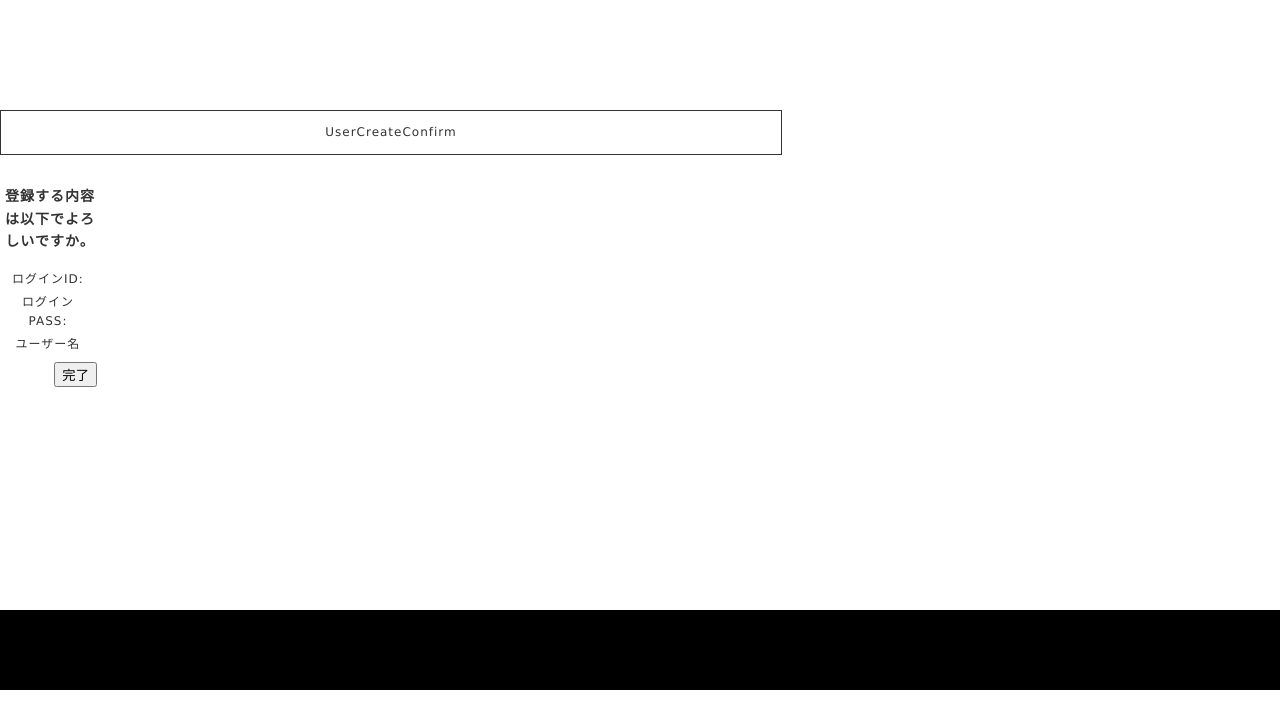
Repository: moe-irizuki/ecsite
Page: http://localhost/template/userCreateConfirm.jsp
An editor plug-in stored every save of this project. The page is shown before and after the next save, followed by the edit.
The browser window is 1280 px wide. The pictures show the whole page.
The page is served by Tomcat 9.

Above is the page before, as saved 2018-05-01 01:25:55.

After the next save:
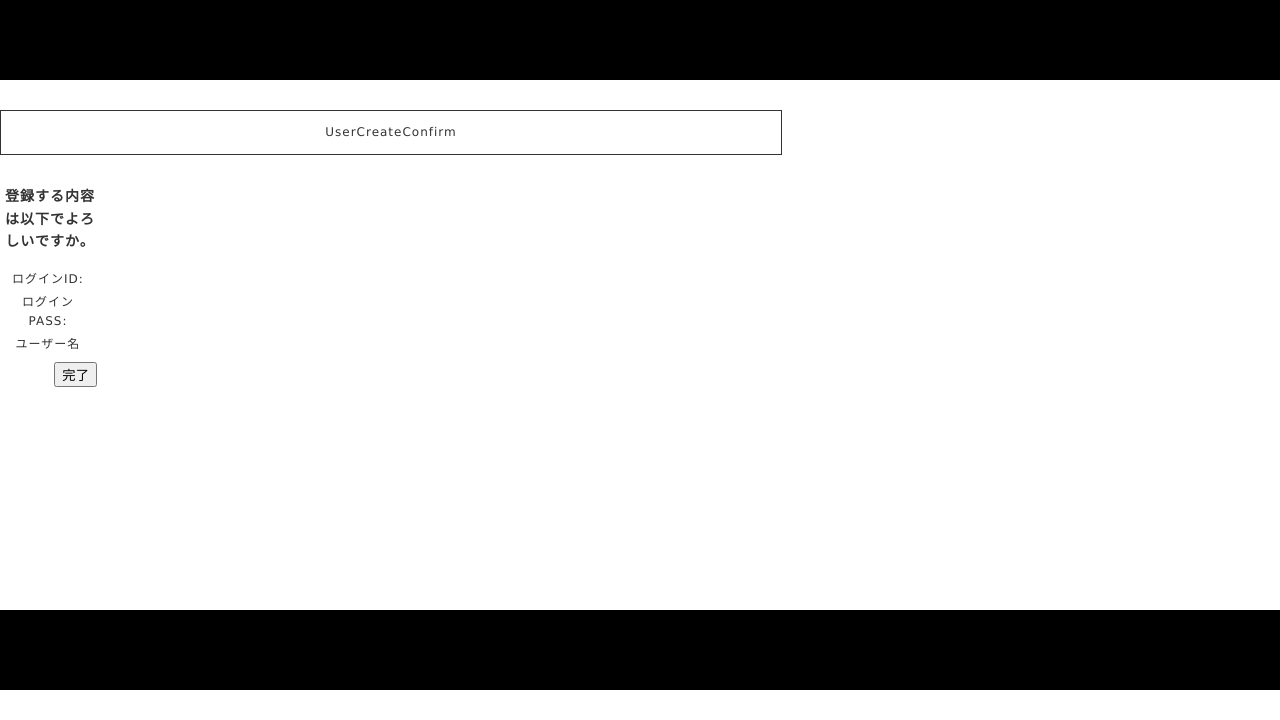
Saved 75 s later.
--- a/template/WebContent/userCreateConfirm.jsp
+++ b/template/WebContent/userCreateConfirm.jsp
@@ -38,7 +38,7 @@
 		#header{
 			width:100%;
 			height:80px;
-			text-align:center;
+			background-color:black;
 		}
 
 		#main{
